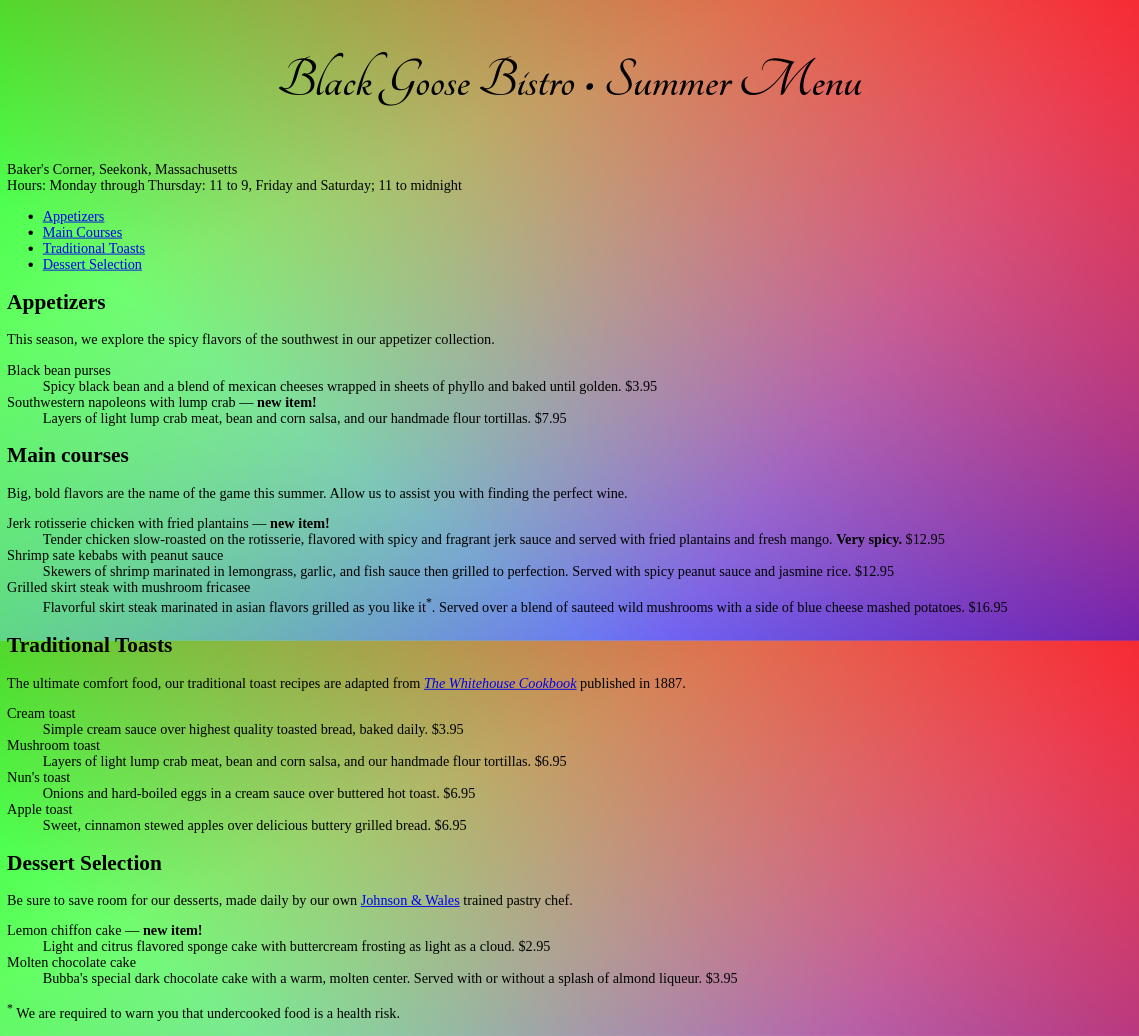
Repository: Colo-Codes/code-practice
Page: 02-css-practice-4.html
An editor plug-in stored every save of this project. The page is shown before and after the next save, followed by the edit.
The browser window is 1280 px wide. The pictures show the whole page, at 89% of full size.
Backgrounds fixed to the window are drawn as part of the page. Some web fonts or font styles are not loaded; a fallback is used.

Above is the page before, as saved 2021-05-07 09:15:42.

After the next save:
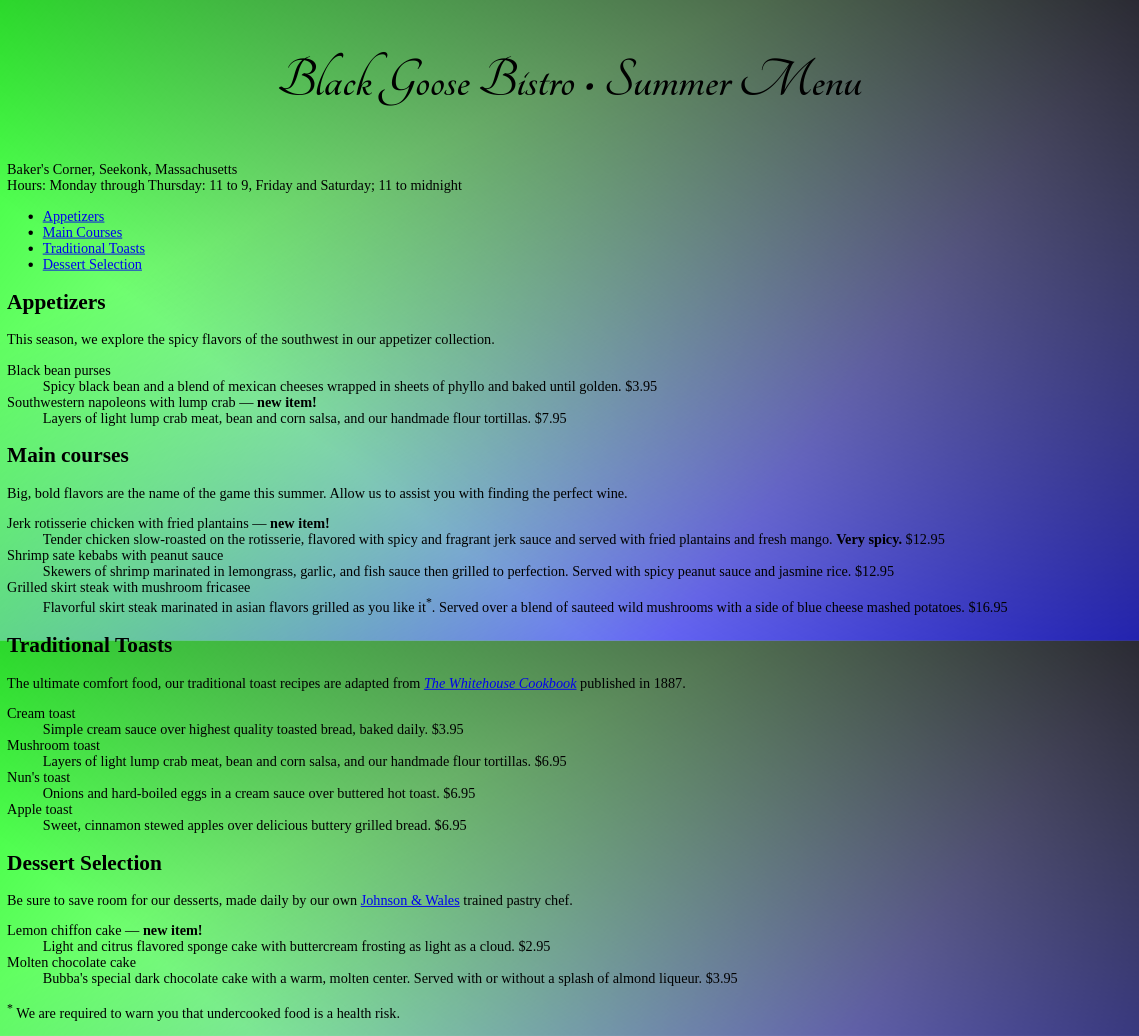
Saved 20 s later.
--- a/02-css-practice-4.html
+++ b/02-css-practice-4.html
@@ -17,7 +17,7 @@
         }
         body {
             background: fixed
-                linear-gradient(217deg, rgba(255,0,0,.8), rgba(255,0,0,0) 70.71%),
+                linear-gradient(217deg, rgba(0, 0, 0, 0.8), rgba(255,0,0,0) 70.71%),
                 linear-gradient(127deg, rgba(0,255,0,.8), rgba(0,255,0,0) 70.71%),
                 linear-gradient(336deg, rgba(0,0,255,.8), rgba(0,0,255,0) 70.71%);
 
